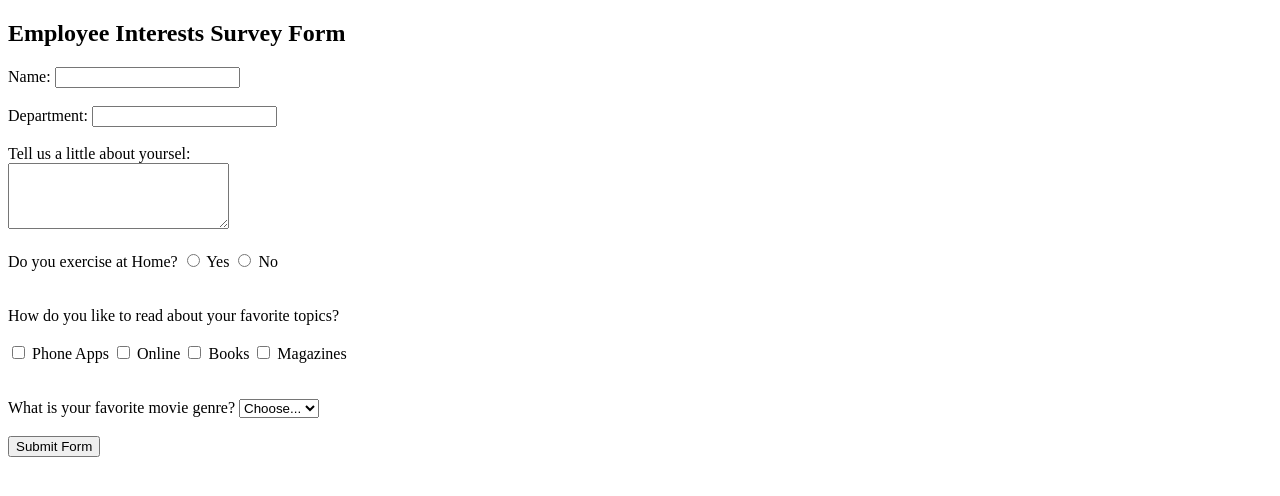
Repository: JoaoLemesDEV/Exercise-Survey-Form
Page: index.html
The author's editor kept a copy of each file at every save. The page is drawn from the files as they stood at one save, then again after a run of saves.
The browser window is 1280 px wide. The pictures show the whole page.

Above is the page before, as saved 2021-10-10 18:47:10.

### index.html
<!DOCTYPE html>
<html lang="en">
  <head>
    <meta charset="UTF-8" />
    <meta http-equiv="X-UA-Compatible" content="IE=edge" />
    <meta name="viewport" content="width=device-width, initial-scale=1.0" />
    <title>Survey Form</title>
  </head>
  <style>
    form{

    }
  </style>
  <body>
    <form action="">
      <h2>Employee Interests Survey Form</h2>
      <label for="name">Name: </label>
      <input type="text" name="name" id="" required /><br /><br />
      <label for="dep">Department:</label>
      <input type="text" name="dep" id="" required /><br /><br />
      <label for="message">Tell us a little about yoursel:</label><br />
      <textarea name="message" id="message" cols="25" rows="4"></textarea
      ><br /><br />
      <label for="question01">Do you exercise at Home?</label>
      <input type="radio" name="question01" id="question01" />
      <label for="question01">Yes</label>
      <input type="radio" name="question01" id="question01" />
      <label for="question01">No</label><br /><br /><br />
      <label for="checkbox">How do you like to read about your favorite topics?</label
      ><br /><br />
      <input type="checkbox" name="" id="" />
      <label for="">Phone Apps</label>
      <input type="checkbox" name="" id="" />
      <label for="">Online</label>
      <input type="checkbox" name="" id="" />
      <label for="">Books</label>
      <input type="checkbox" name="" id="" />
      <label for="checkbox">Magazines</label><br /><br /><br />
      <label for="genre">What is your favorite movie genre?</label>
      <select name="genre" id="genre">
        <option value="genre" selected disabled hidden>Choose...</option>
        <option value="genre">Drama</option>
        <option value="genre">Terror</option>
        <option value="genre">Comedy</option>
        <option value="genre">Horror</option>
        <option value="genre">Action</option></select
      ><br /><br />
      <input type="submit" value="Submit Form" />
    </form>
  </body>
</html>

After the next 3 saves:
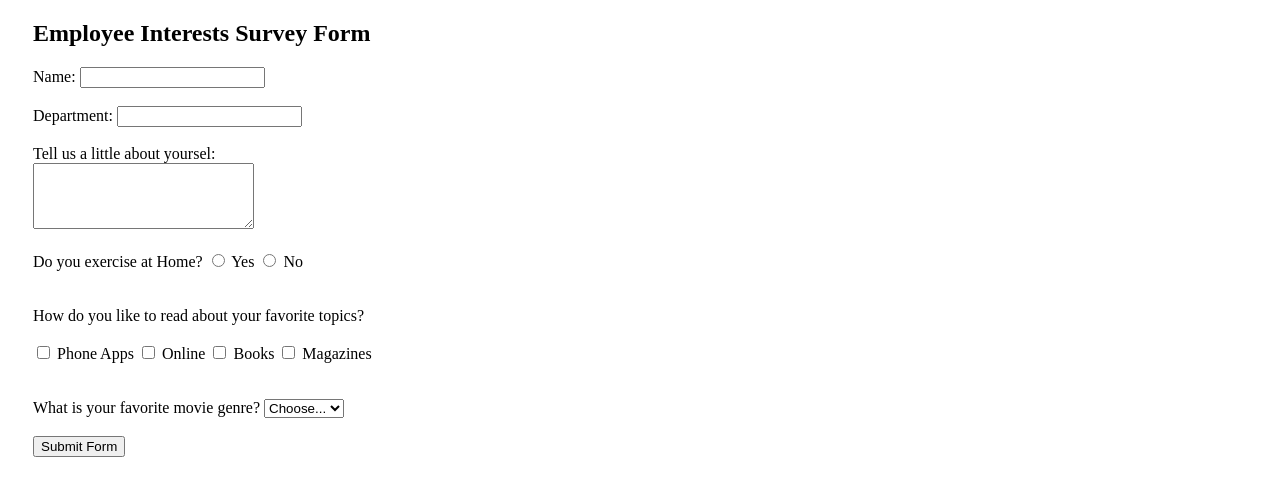
The 3 saves are shown as one change because they came seconds apart.
The last was saved 12 s later.
--- a/index.html
+++ b/index.html
@@ -8,7 +8,7 @@
   </head>
   <style>
     form{
-
+      margin-left: 25px;
     }
   </style>
   <body>

After the save that followed:
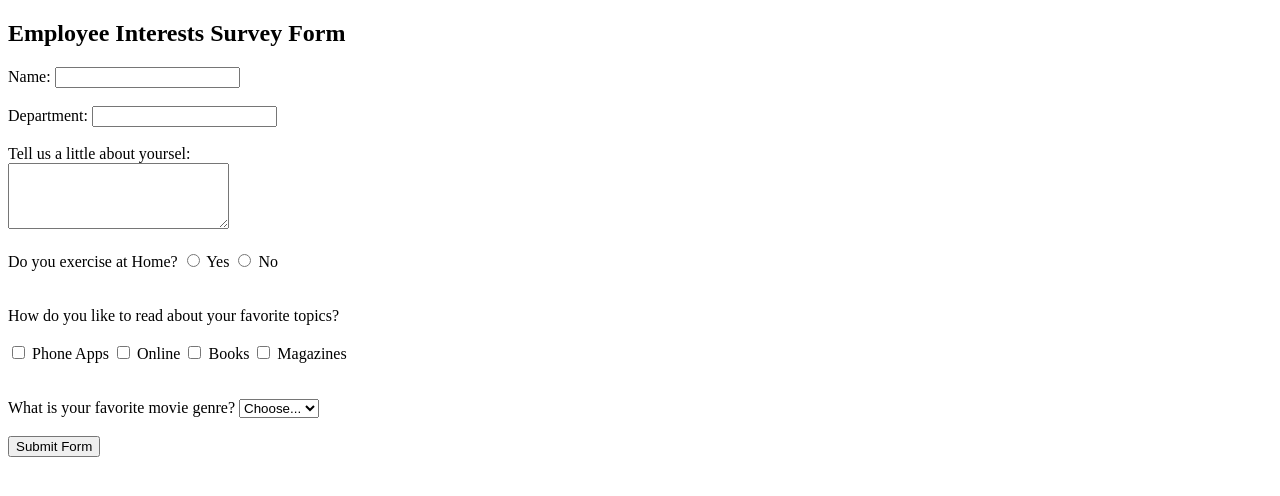
Saved 4 s later.
--- a/index.html
+++ b/index.html
@@ -8,7 +8,8 @@
   </head>
   <style>
     form{
-      margin-left: 25px;
+      margin-left: 50
+      px;
     }
   </style>
   <body>
